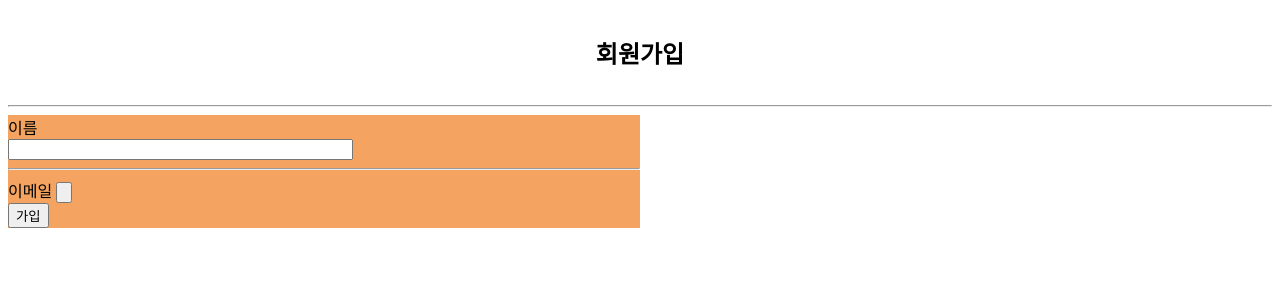
Repository: kimbs95/tomcat
Page: http://localhost/test/NewFile2.jsp
These files come from the project's save history. The page is drawn as it stood at one moment and after the next save; the edit follows.
The browser window is 1280 px wide. The pictures show the whole page.
The page is served by Tomcat 9.

Above is the page before, as saved 2022-07-15 08:22:53.
Console error: SyntaxError: Unexpected identifier 'email'

### test/src/main/webapp/NewFile2.jsp
<%@ page language="java" contentType="text/html; charset=UTF-8"
    pageEncoding="UTF-8"%>
<!DOCTYPE html>
<html>
<head>
<meta charset="UTF-8">
<title>Insert title here</title>

<style type="text/css">

h2{
border-raius:5px
background-color :wheat;
text-align: center;
padding : 15px 0;
}


#regform{
padding: 15px 20px
border-radiut : 10px
margin:auto;
width:50%;
background-color : SandyBrown;

}

</style>
<script>

function signUp(){

	alert('정말로 가입하시겠습니까?')
	document.getElementById("regform").styel.display ="none";
	document.getElementById("rname").innerHTML=document.form1.name.value;
	document.getElemetnById("result").innerHTML =document.form1 email.value;
	document.getElemetnById('remail').innerHTml = document.form1.email.value;
	document.getElementById("result"').setAttribute("style" , "display:block
			background-color:khaki;");


}
</script>

</head>
<body>
<h2>회원가입</h2>
<hr>
<div id="regform">
	<form action="" name =form1>
	<label>이름</label> <br>
	<input type="text" name="name" size="40"> <br>
	<hr>
	<label>이메일</label>
	<input type="button" name="email" size="40"> <br>
	<button type="button" onClick="signUp()">가입</button>
	</form>
</div>

<div id="result" class="result" >
<h3>가입 정보</h3>
<hr>
이름: <span id="rname"></span> <br>
이메일: <span id="remail"></span> <br>
</div>

<script type="text/javascript">
  	document.getElementById("result").style.display = "none";
</script>
</body>
</html>

After the next save:
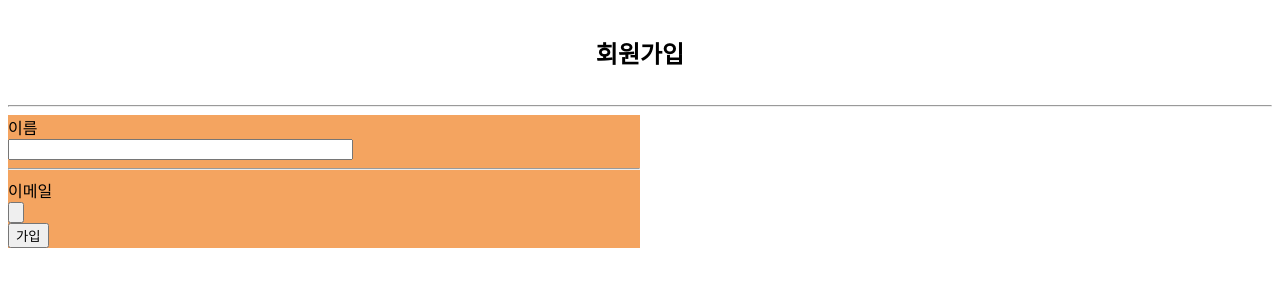
Saved 2 min 3 s later.
--- a/test/src/main/webapp/NewFile2.jsp
+++ b/test/src/main/webapp/NewFile2.jsp
@@ -47,11 +47,11 @@ function signUp(){
 <h2>회원가입</h2>
 <hr>
 <div id="regform">
-	<form action="" name =form1>
+	<form name ="form1">
 	<label>이름</label> <br>
 	<input type="text" name="name" size="40"> <br>
 	<hr>
-	<label>이메일</label>
+	<label>이메일</label> <br>
 	<input type="button" name="email" size="40"> <br>
 	<button type="button" onClick="signUp()">가입</button>
 	</form>
